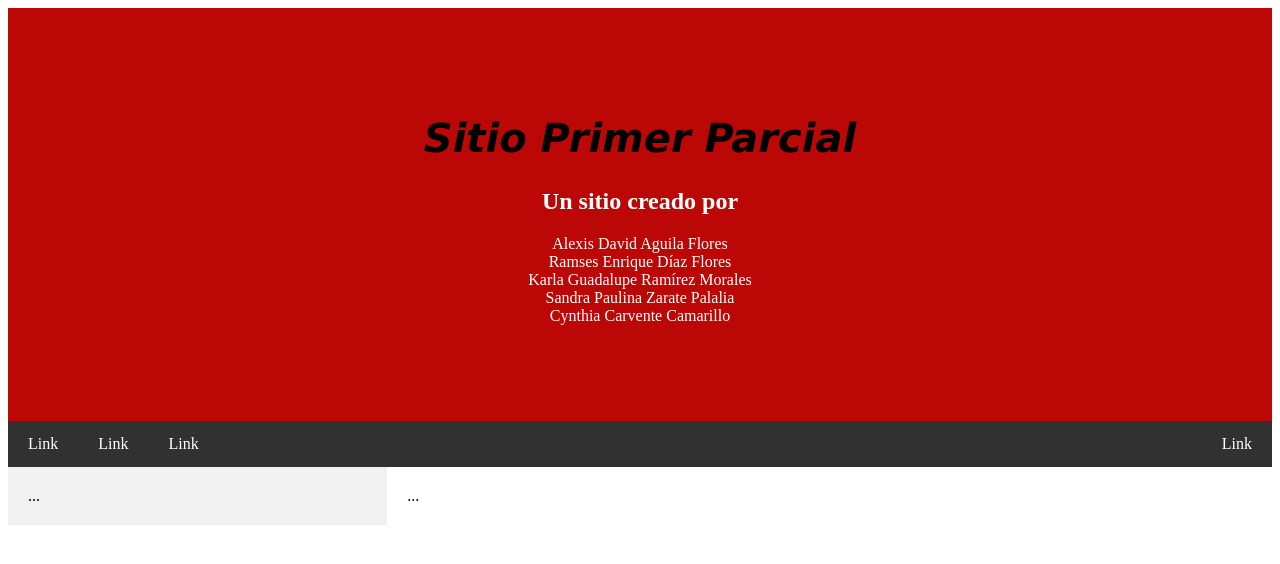
Repository: Dogueen/miniProyectoUniversidad
Page: miniProyecto/miniProyecto.html
The author's editor kept a copy of each file at every save. The page is drawn from the files as they stood at one save, then again after the next save.
The browser window is 1280 px wide. The pictures show the whole page.

Above is the page before, as saved 2023-10-27 17:16:07.

After the next save:
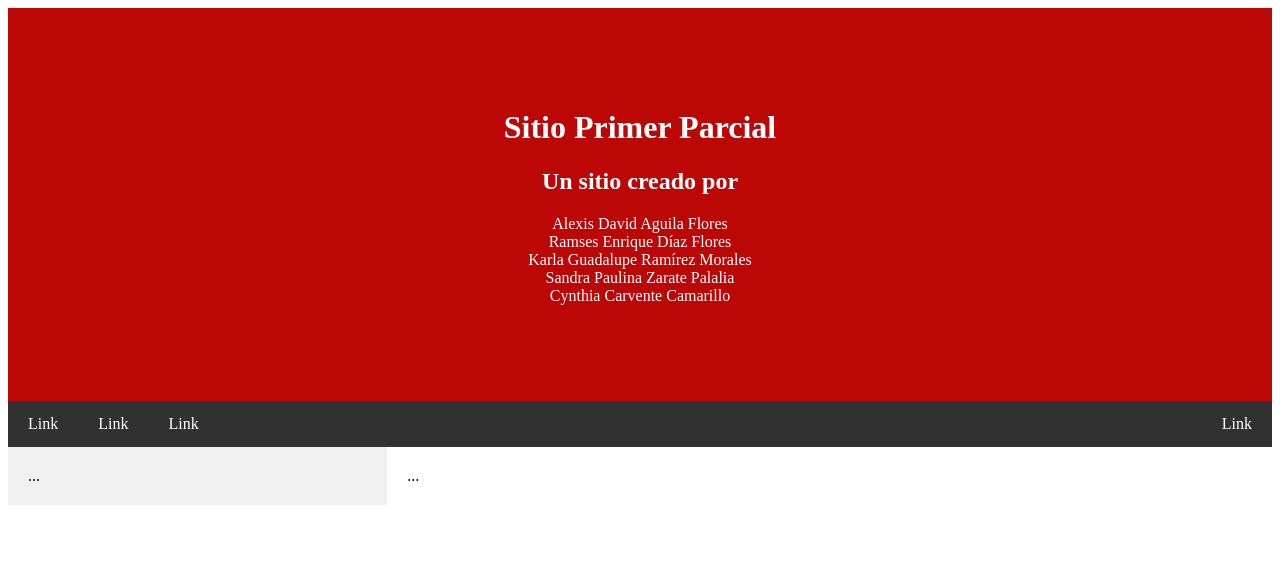
Saved 24 s later.
--- a/miniProyecto/styles/styles.css
+++ b/miniProyecto/styles/styles.css
@@ -14,7 +14,7 @@
 }
 
 /* Increase the font size of the <h1> element */
-.header h1 {
+.header h1 h2 dl {
     font-size: 40px;
     font-style: italic ;
     font-family: Verdana, Geneva, Tahoma, sans-serif;

After the 2 saves that followed:
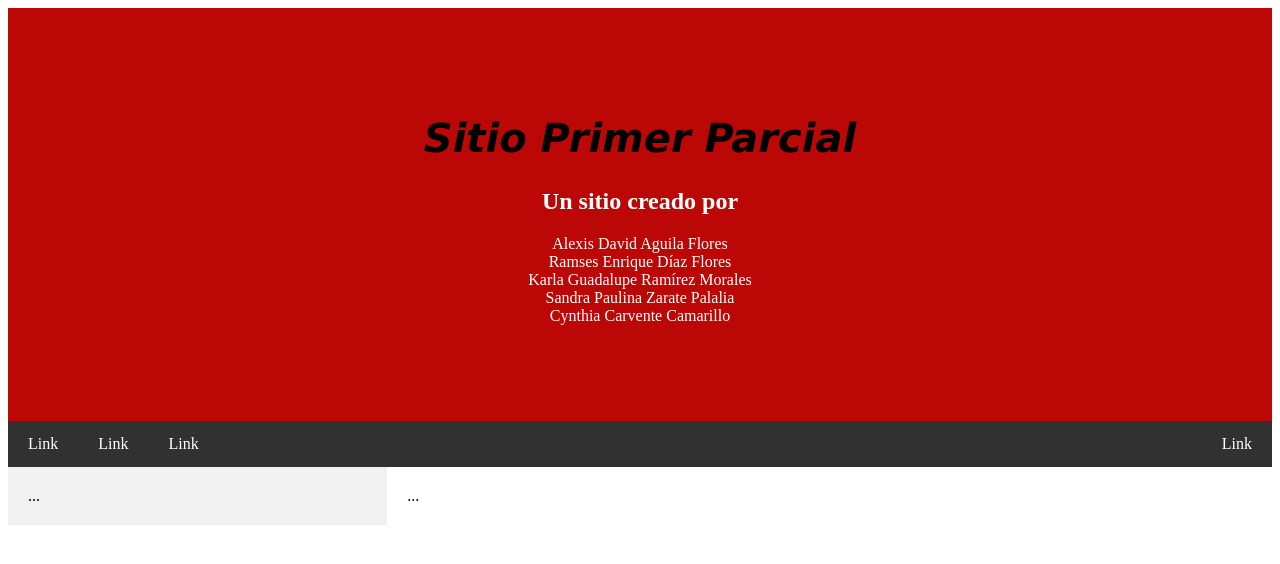
The 2 saves are shown as one change because 1 left the picture as it was.
The last was saved 12 s later.
--- a/miniProyecto/styles/styles.css
+++ b/miniProyecto/styles/styles.css
@@ -14,7 +14,7 @@
 }
 
 /* Increase the font size of the <h1> element */
-.header h1 h2 dl {
+.header h1  {
     font-size: 40px;
     font-style: italic ;
     font-family: Verdana, Geneva, Tahoma, sans-serif;
